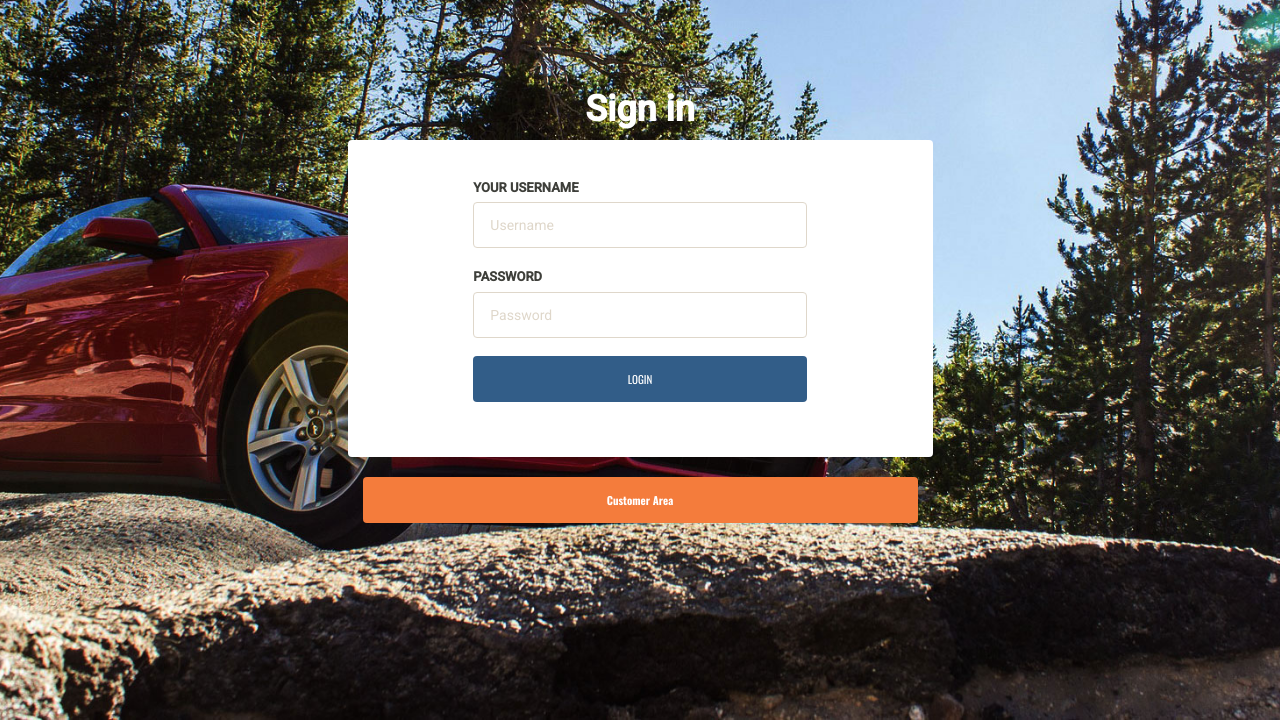
Repository: vincent254-hub/OCHMIS
Page: http://localhost/admin/
An editor plug-in stored every save of this project. The page is shown before and after the next save, followed by the edit.
The browser window is 1280 px wide. The pictures show the whole page.
The page is run by PHP 8.4 with error messages shown; the project is at /var/www/html/.

Above is the page before, as saved 2024-04-24 18:34:42.

After the next save:
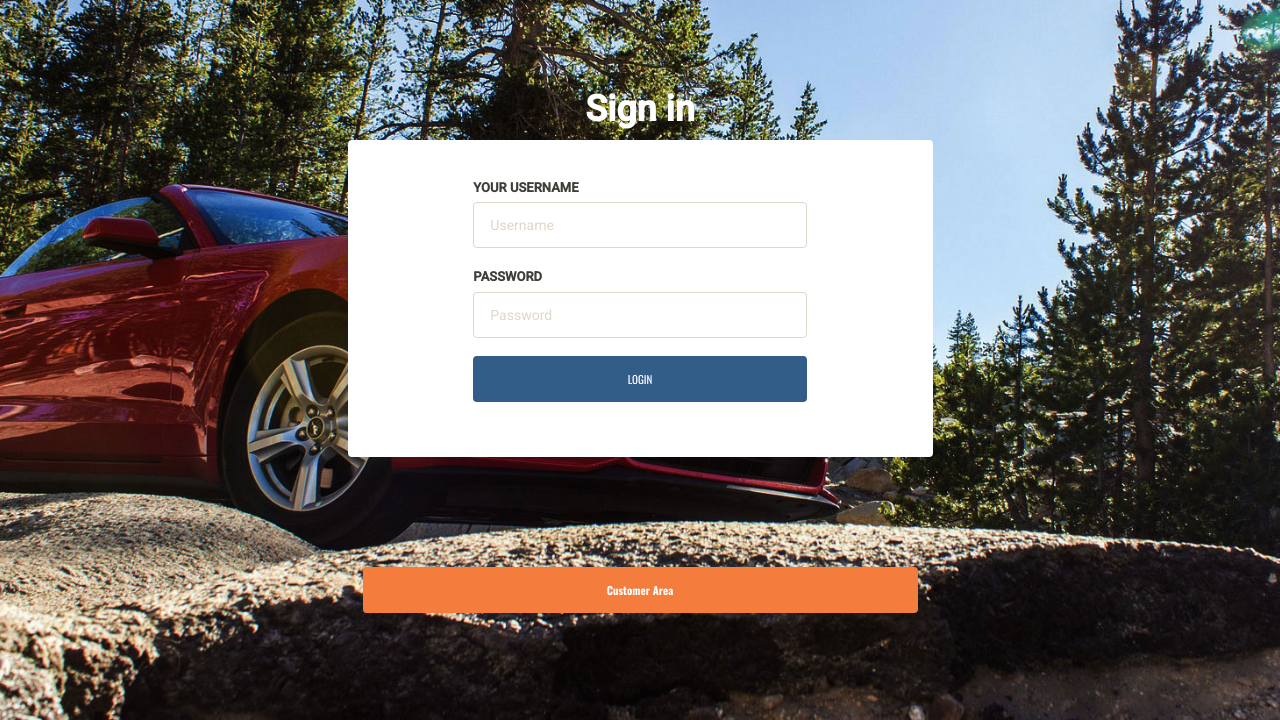
Saved 50 s later.
--- a/admin/index.php
+++ b/admin/index.php
@@ -74,7 +74,7 @@ echo "<script type='text/javascript'> document.location = 'dashboard.php'; </scr
 					</div>
 
 					<div class="col-md-6 col-md-offset-3">
-						<a href="../index.php" class="text-light text-center text-bold mt-4 mx-auto btn btn-block btn-warning">Customer Area</a>
+						<a href="../index.php" class="text-light text-center text-bold mt-4x mx-auto btn btn-block btn-warning">Customer Area</a>
 					</div>
 				</div>
 			</div>
